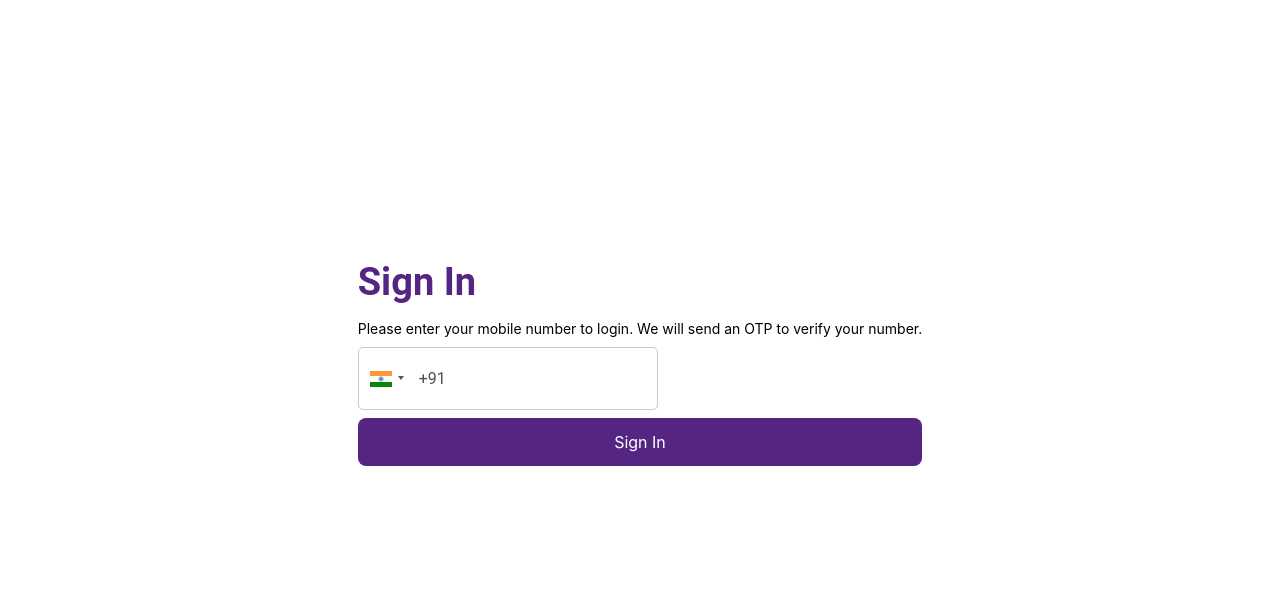
Repository: jayaprakash27/helloar-task
Page: /
The author's editor kept a copy of each file at every save. The page is drawn from the files as they stood at one save, then again after the next save.
The browser window is 1280 px wide. The pictures show the whole page.
The project was rebuilt for these pictures with package versions that can differ from the ones it lists, and the page was loaded fresh each time.

Above is the page before, as saved 2023-10-26 23:47:09.

### src/App.js
import { Login } from "./components";

function App() {
  return (
    <>
    <Login />
    </>
  );
}

export default App;

### src/components/Login.jsx
import React, { useState } from "react";
import "./login.css";
import PhoneInput from "react-phone-input-2";
import "react-phone-input-2/lib/bootstrap.css";

function Login() {
  const [phoneNumber, setPhoneNumber] = useState("");

  const handleLogin = () => {
    const apiEndpoint = "https://dev.api.goongoonalo.com/v1/auth/login";
    const requestBody = {
      phoneNumber: "+"+phoneNumber,
    };

    fetch(apiEndpoint, {
      method: "POST",
      headers: {
        "Content-Type": "application/json",
      },
      body: JSON.stringify(requestBody),
    })
      .then((response) => {
        if (response.ok) {
          return response.json();
        } else {
          // Handle API errors here
          throw new Error("Failed to send OTP");
        }
      })
      .then((data) => {
        // Handle the API response data
        console.log("OTP sent successfully:", data);

        // You can add code here to navigate to the OTP verification page or perform the next step as needed.
      })
      .catch((error) => {
        // Handle any error that occurred during the API request
        console.error("Error sending OTP:", error);
      });
  };

  return (
    <div className="login-page">
      <div className=" login-box flex flex-col gap-2">
        <h1 className=" text-primary-color font-semibold"> Sign In</h1>
        <p className=" text-sm">
          Please enter your mobile number to login. We will send an OTP to
          verify your number.
        </p>
        <PhoneInput
          country={"in"}
          enableSearch={true}
          value={phoneNumber}
          containerClass=" w-full"
          onChange={(phoneNumber) => setPhoneNumber(phoneNumber)}
        />
        <button onClick={handleLogin} className=" w-full rounded-lg p-3 hover:bg-purple-600  bg-primary-color text-white"> Sign In </button>
      </div>
    </div>
  );
}

export default Login;

### src/components/login.css
.login-page{
    background-color: white;
    width: 100vw;
    height: 100vh;
    display: flex;
    justify-content: center;
    align-items: center;
}
.login-box h1 {
  font-family: Roboto;
  font-size: 38px;
}

### tailwind.config.js
/** @type {import('tailwindcss').Config} */
module.exports = {
  content: [
    "./src/**/*.{js,jsx,ts,tsx}",
  ],
  theme: {
    extend: {
      colors: {
        "primary-color": "#552583",
      }
    },
  },
  plugins: [],
}

Loaded but not shown: public/index.html (common file); src/index.js (common file); src/index.css (common file); src/components/index.js (common file)

After the next save:
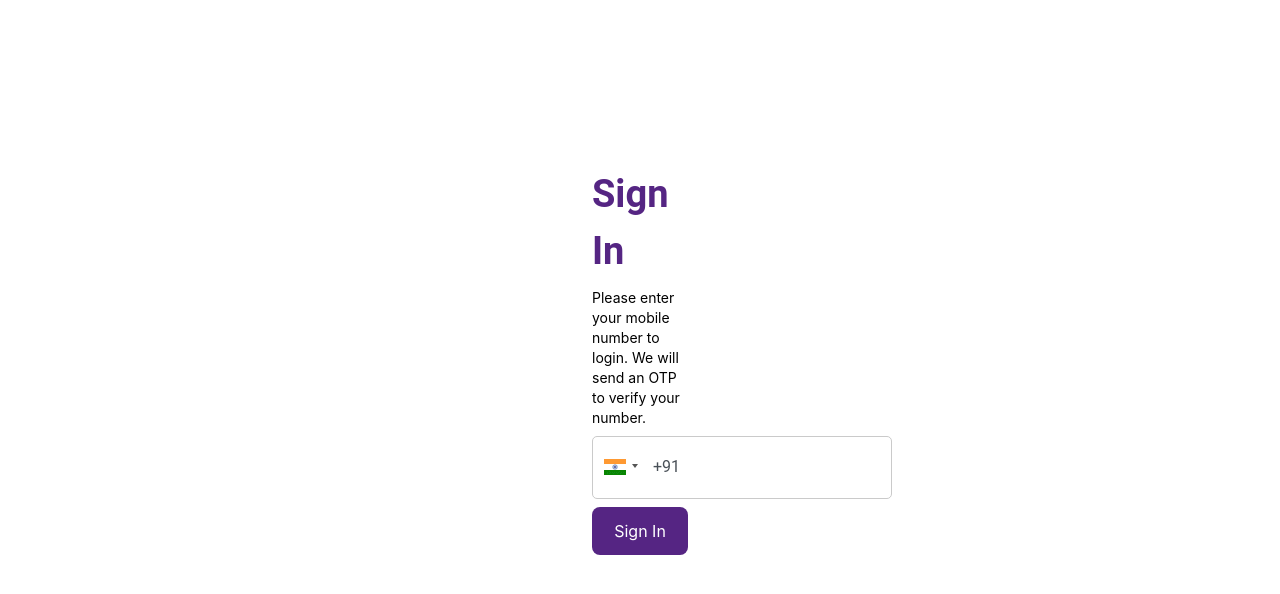
Saved 34 s later.
--- a/src/components/Login.jsx
+++ b/src/components/Login.jsx
@@ -41,7 +41,7 @@ function Login() {
 
   return (
     <div className="login-page">
-      <div className=" login-box flex flex-col gap-2">
+      <div className=" login-box flex flex-col w-24 gap-2">
         <h1 className=" text-primary-color font-semibold"> Sign In</h1>
         <p className=" text-sm">
           Please enter your mobile number to login. We will send an OTP to
